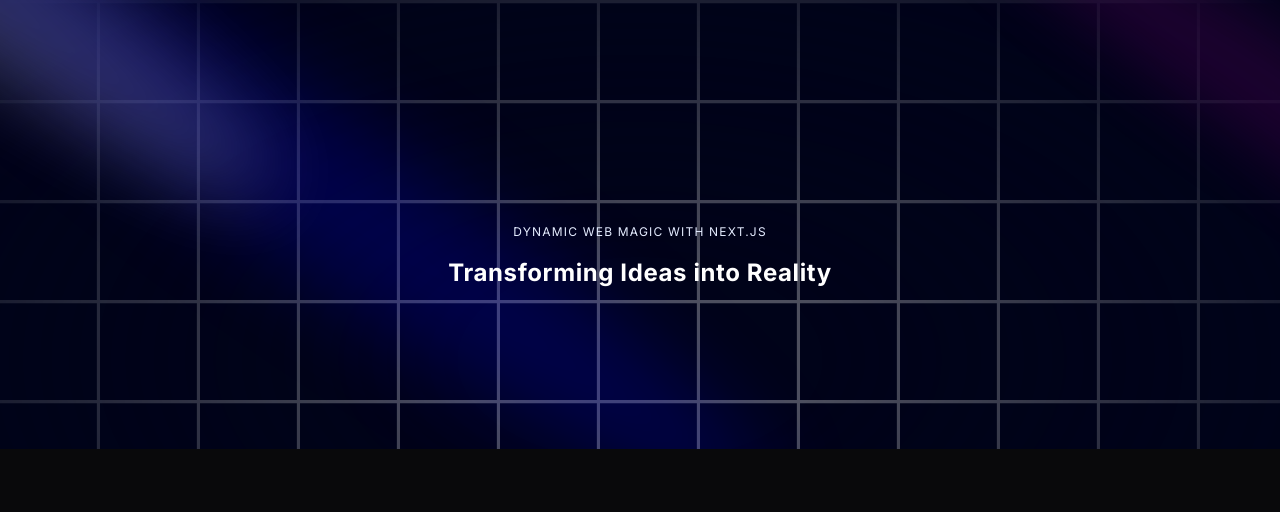
Repository: drsamame/portfolio.next
Page: /
An editor plug-in stored every save of this project. The page is shown before and after the next save, followed by the edit.
The browser window is 1280 px wide. The pictures show the whole page.
The project was rebuilt for these pictures with package versions that can differ from the ones it lists, and the page was loaded fresh each time. The framework's server and built-in components were replaced by stand-ins that run in the browser. Also part of the build but not shown: next.config.mjs.

Above is the page before, as saved 2024-07-02 16:37:51.

### app/layout.tsx
import type { Metadata } from 'next';
import { Inter } from 'next/font/google';
import './globals.css';
import { ThemeProvider } from './provider';

const inter = Inter({ subsets: ['latin'] });

export const metadata: Metadata = {
	title: "Diego's Portfolio",
	description: 'Modern & Minimalist JS Mastery Portfolio',
};

export default function RootLayout({
	children,
}: Readonly<{
	children: React.ReactNode;
}>) {
	return (
		<html lang="en">
			<body className={inter.className}>
				<ThemeProvider
					attribute="class"
					defaultTheme="dark"
					enableSystem
					disableTransitionOnChange
				>
					{children}
				</ThemeProvider>
			</body>
		</html>
	);
}

### app/page.tsx
import Hero from "@/components/Hero";


export default function Home() {
  return (
    <main className="relative bg-black-100 flex justify-center items-center flex-col overflow-hidden mx-auto sm:px-10 px-5">
      <div className="max-w-7xl w-full">
        <Hero />
      </div>
    </main>
  );
}

### components/Hero.tsx
import React from 'react';
import { Spotlight } from '@/components/ui/Spotlight';
import { TextGenerateEffect } from './ui/TextGenerateEffect';

function Hero() {
	return (
		<div className="pb-20 pt-36">
			<div>
				{' '}
				<Spotlight
					className="-top-40 -left-10 md:-left-32 md:-top-20p h-screen"
					fill="white"
				/>
				<Spotlight
					className="top-10 left-full h-[80vh] w-[50vw]"
					fill="purple"
				/>
				<Spotlight className="top-28 left-80 h-[80-vh] w-[50vw]" fill="blue" />
			</div>
			<div className="h-screen w-full dark:bg-black-100 bg-white  dark:bg-grid-white/[0.3] bg-grid-black/[0.2] flex items-center justify-center absolute left-0 top-0">
				<div className="absolute pointer-events-none inset-0 flex items-center justify-center dark:bg-black-100 bg-white [mask-image:radial-gradient(ellipse_at_center,transparent_20%,black)]"></div>
			</div>
			<div className="flex justify-center relative my-20 z-10">
				<div className="max-w-[89vw] md:max-w-2xl lg:max-w-[60vw] flex flex-col items-center justify-center">
					<h2 className="uppercase tracking-widest text-xs text-center text-blue-100 max-w-80">
						DYNAMIC WEB MAGIC WITH NEXT.JS
					</h2>
					<TextGenerateEffect
							className="text-center text-[40px] md:text-5xl lg:text-6xl"
							words={'Transforming Ideas into Reality'}
						></TextGenerateEffect>
				</div>
			</div>
		</div>
	);
}

export default Hero;

### components/ui/Spotlight.tsx
import React from "react";
import { cn } from "@/utils/cn";

type SpotlightProps = {
  className?: string;
  fill?: string;
};

export const Spotlight = ({ className, fill }: SpotlightProps) => {
  return (
    <svg
      className={cn(
        "animate-spotlight pointer-events-none absolute z-[1]  h-[169%] w-[138%] lg:w-[84%] opacity-0",
        className
      )}
      xmlns="http://www.w3.org/2000/svg"
      viewBox="0 0 3787 2842"
      fill="none"
    >
      <g filter="url(#filter)">
        <ellipse
          cx="1924.71"
          cy="273.501"
          rx="1924.71"
          ry="273.501"
          transform="matrix(-0.822377 -0.568943 -0.568943 0.822377 3631.88 2291.09)"
          fill={fill || "white"}
          fillOpacity="0.21"
        ></ellipse>
      </g>
      <defs>
        <filter
          id="filter"
          x="0.860352"
          y="0.838989"
          width="3785.16"
          height="2840.26"
          filterUnits="userSpaceOnUse"
          colorInterpolationFilters="sRGB"
        >
          <feFlood floodOpacity="0" result="BackgroundImageFix"></feFlood>
          <feBlend
            mode="normal"
            in="SourceGraphic"
            in2="BackgroundImageFix"
            result="shape"
          ></feBlend>
          <feGaussianBlur
            stdDeviation="151"
            result="effect1_foregroundBlur_1065_8"
          ></feGaussianBlur>
        </filter>
      </defs>
    </svg>
  );
};

### components/ui/TextGenerateEffect.tsx
"use client";
import { useEffect } from "react";
import { motion, stagger, useAnimate } from "framer-motion";
import { cn } from "@/utils/cn";

export const TextGenerateEffect = ({
  words,
  className,
}: {
  words: string;
  className?: string;
}) => {
  const [scope, animate] = useAnimate();
  let wordsArray = words.split(" ");
  useEffect(() => {
    animate(
      "span",
      {
        opacity: 1,
      },
      {
        duration: 2,
        delay: stagger(0.2),
      }
    );
  }, [scope.current]);

  const renderWords = () => {
    return (
      <motion.div ref={scope}>
        {wordsArray.map((word, idx) => {
          return (
            <motion.span
              key={word + idx}
              className="dark:text-white text-black opacity-0"
            >
              {word}{" "}
            </motion.span>
          );
        })}
      </motion.div>
    );
  };

  return (
    <div className={cn("font-bold", className)}>
      <div className="mt-4">
        <div className=" dark:text-white text-black text-2xl leading-snug tracking-wide">
          {renderWords()}
        </div>
      </div>
    </div>
  );
};

Loaded but not shown: app/globals.css (common file); app/provider.tsx (common file); utils/cn.ts (common file); tailwind.config.ts (common file)

After the next save:
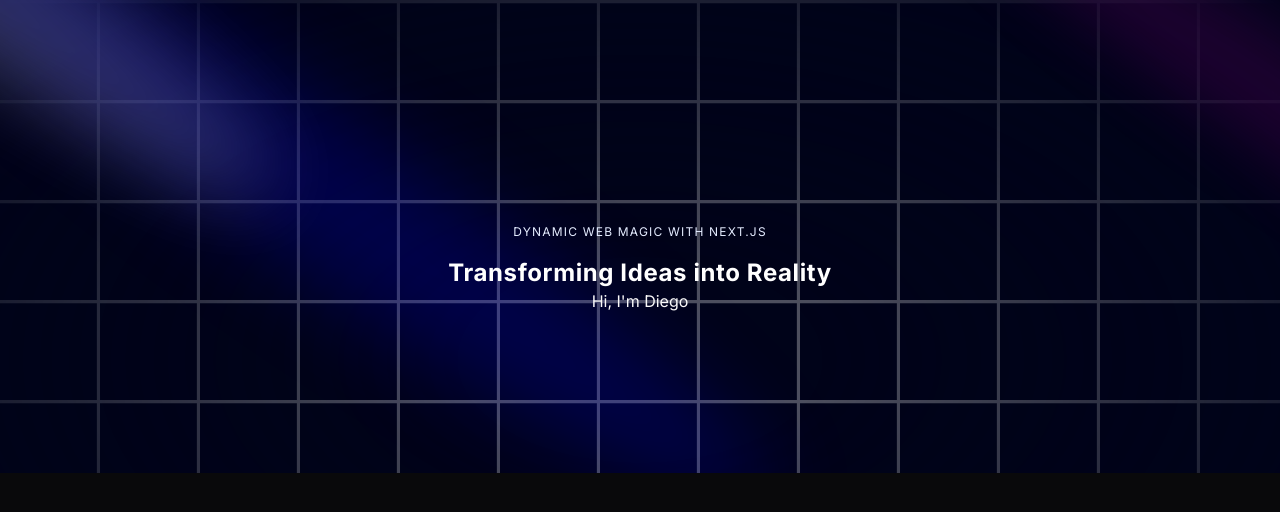
Saved 32 s later.
--- a/components/Hero.tsx
+++ b/components/Hero.tsx
@@ -26,9 +26,10 @@
 						DYNAMIC WEB MAGIC WITH NEXT.JS
 					</h2>
 					<TextGenerateEffect
-							className="text-center text-[40px] md:text-5xl lg:text-6xl"
-							words={'Transforming Ideas into Reality'}
-						></TextGenerateEffect>
+						className="text-center text-[40px] md:text-5xl lg:text-6xl"
+						words={'Transforming Ideas into Reality'}
+					></TextGenerateEffect>
+					<p>Hi, I'm Diego</p>
 				</div>
 			</div>
 		</div>
